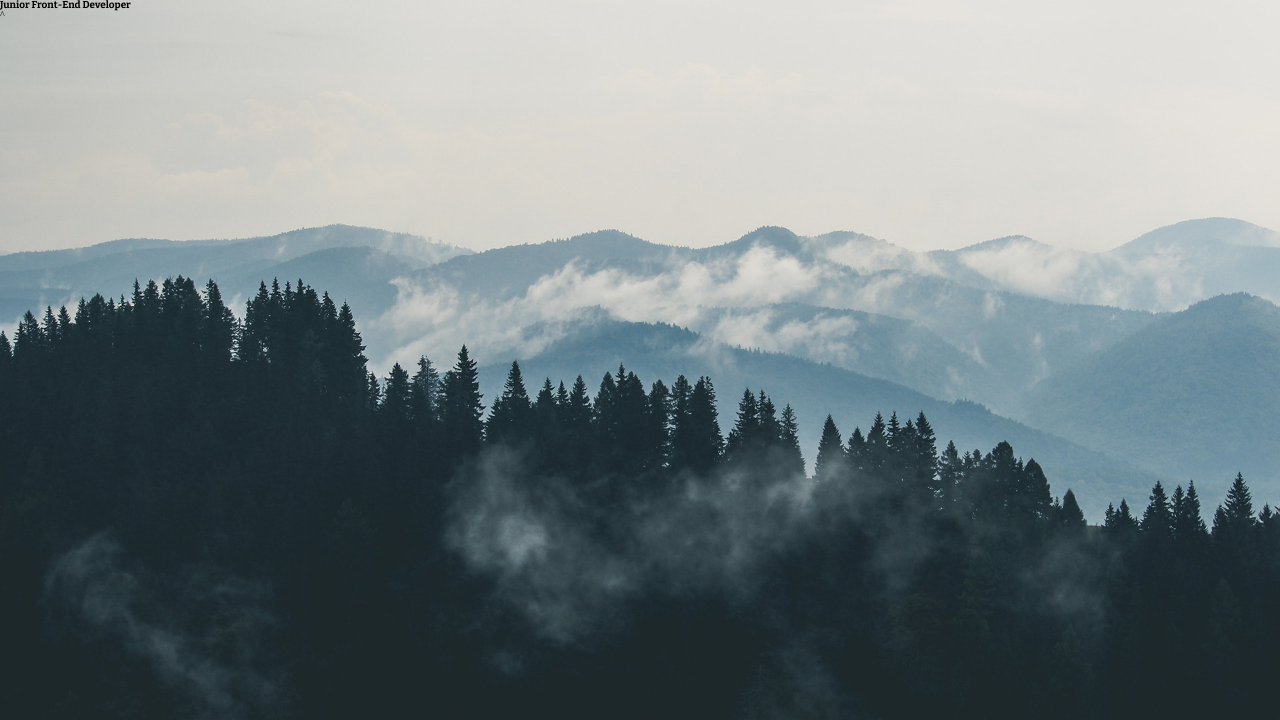
Repository: Maxs777/wizytowka
Page: index.html
An editor plug-in stored every save of this project. The page is shown before and after the next save, followed by the edit.
The browser window is 1280 px wide. The pictures show the whole page.

Above is the page before, as saved 2019-03-09 21:31:24.

### index.html
<!DOCTYPE html>
<html lang="pl">
<head>
    <meta charset="UTF-8">
    <meta name="viewport" content="width=device-width, initial-scale=1.0">
    <meta http-equiv="X-UA-Compatible" content="ie=edge">
    <link rel="stylesheet" href="_css/style.css">
    <title>Strona-wizytówka</title>
    <meta name="description" content="Jest to moja pierwsza strona-wizytówka">
    <meta name="author" content="Maksymilian Suchocki">
    <link href="https://fonts.googleapis.com/css?family=Bitter:400i,700&amp;subset=latin-ext" rel="stylesheet">
    <link rel="stylesheet" href="https://use.fontawesome.com/releases/v5.7.2/css/all.css"
        integrity="sha384-fnmOCqbTlWIlj8LyTjo7mOUStjsKC4pOpQbqyi7RrhN7udi9RwhKkMHpvLbHG9Sr" crossorigin="anonymous">


</head>
<body>
   <div class="container">
       <header>
        <nav>
            <ul>
                <li><a href="#header"></a></li>
                <li><a href="#section1"></a></li>
                <li><a href="#section2"></a></li>
                <li><a href="#section3"></a></li>
                <li><a href="#section4"></a></li>
            </ul>
        </nav>
           <h1>Junior Front-End Developer</h1>
           <div class="wrapper">^</div>
        </header>
       <section id="section1" class="aboutme">
           <article class="aboutme"></article>
           <article class="aboutme"></article>
       </section>
       <section id="section2" class="skills"></section>
       <section id="section3" class="project"></section>
       <section id="section4" class="contact"></section>
       <footer></footer>
   </div>
</body>
</html>

### _css/style.css
@import url('reset.css');

:root{
    /* -----------------------------fonts */
    font-size: 62.5%;
    /* font-family: 'Bitter', serif; */

    /*---------------------------- colors */
    --dark-blue-color: #2C3E50;
    --red-color: #E74C3C;
    --white-color: #ECF0F1;
    --main-blue: #3498DB;
    --second-blue: #2980B9;
    /* ---------------------------------- */
}

*,
*::after,
*::before{
    box-sizing: border-box;
}

h1, h2{
    font-family: 'Bitter',
    serif;
}

h1{
    font-size:
}

.hide{
    position: absolute;
    clip:rect(0px 0px 0px 0px);
    *clip: rect(0 0 0 0);
}

header{
    height: 100vh;
    width: 100vw;
    background: url(../_assets/_img/background.jpg) center / cover;
    overflow: hidden;
}

Loaded but not shown: _css/reset.css (common file)

After the next save:
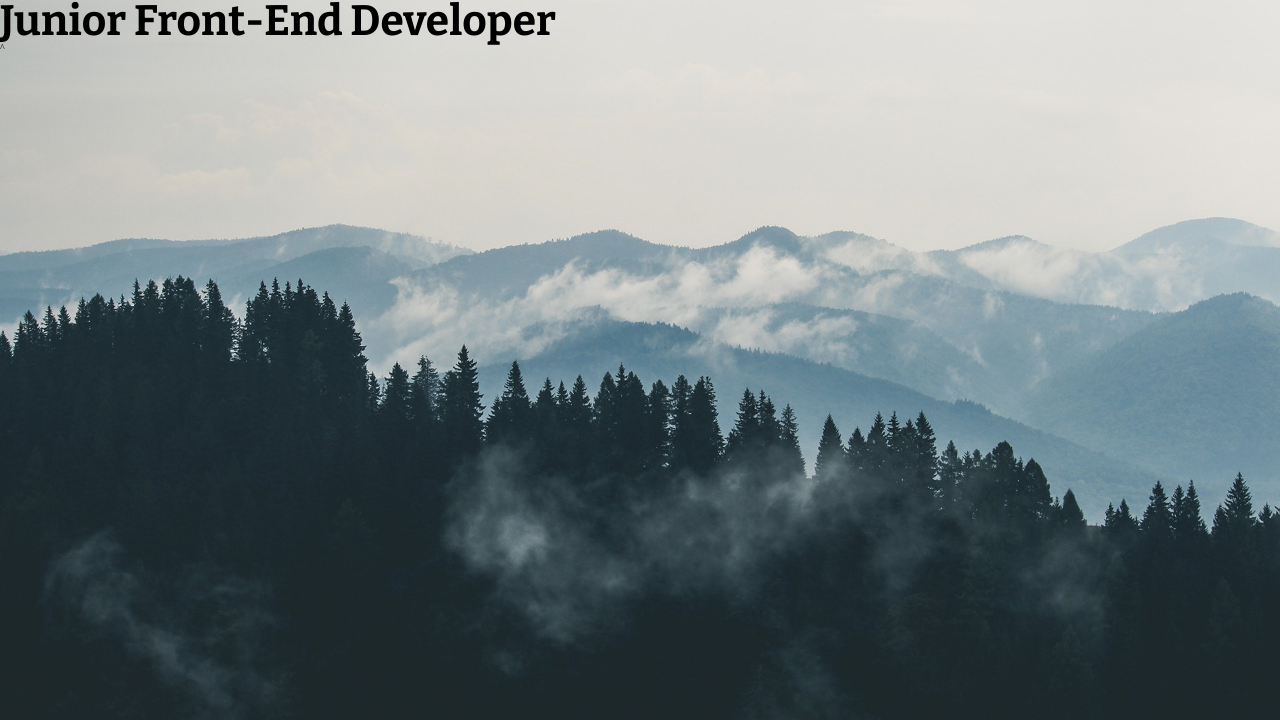
Saved 9 s later.
--- a/_css/style.css
+++ b/_css/style.css
@@ -26,7 +26,7 @@ h1, h2{
 }
 
 h1{
-    font-size:
+    font-size: 4.25rem;
 }
 
 .hide{
